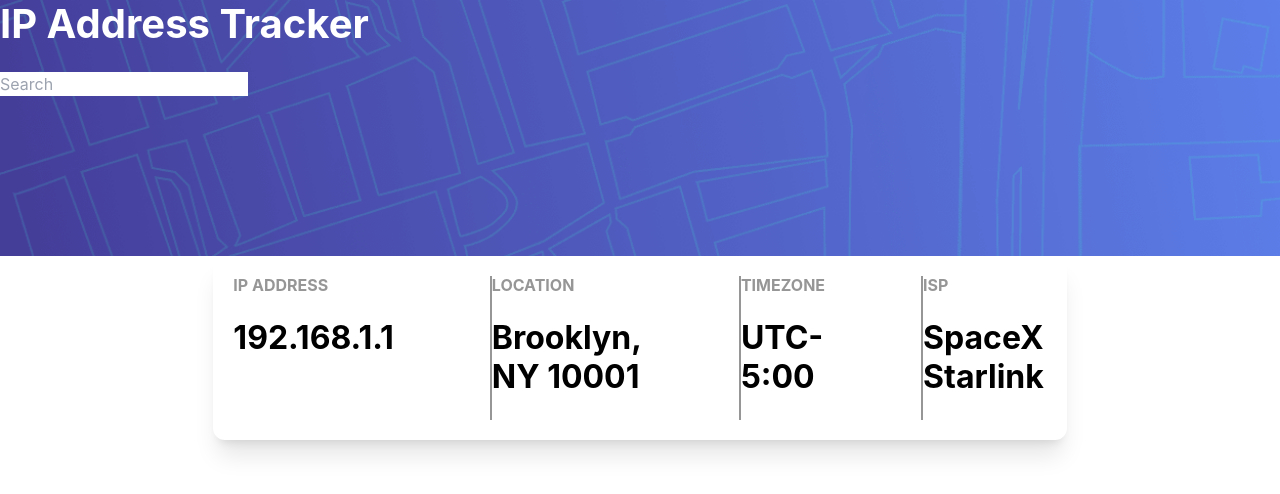
Repository: Dealsy/IP-Tracker
Page: /
These files come from the project's save history. The page is drawn as it stood at one moment and after the next save; the edit follows.
The browser window is 1280 px wide. The pictures show the whole page.
The project was rebuilt for these pictures with package versions that can differ from the ones it lists, and the page was loaded fresh each time. The framework's server and built-in components were replaced by stand-ins that run in the browser. Also part of the build but not shown: next.config.js.

Above is the page before, as saved 2022-04-21 21:54:41.

### pages/index.js
import Head from "next/head";

export default function Home() {
  return (
    <div>
      <Head>
        <title>Create Next App</title>
        <meta name="description" content="Generated by create next app" />
        <link rel="icon" href="/favicon.ico" />
      </Head>

      <main>
        <div className="bg-Backdrop h-64 bg-no-repeat	 bg-cover">
          <h1 className="text-white">IP Address Tracker</h1>
          <input type="search" placeholder="Search" />
        </div>

        <div className="flex flex-row justify-evenly border-0 shadow-xl w-4/6 m-auto rounded-xl p-5">
          <div className=" border-r-2 border-Gray pr-24">
            <h3>IP ADDRESS</h3>
            <h2> 192.168.1.1 </h2>
          </div>
          <div className=" border-r-2 border-Gray pr-24">
            <h3> LOCATION </h3>
            <h2> Brooklyn, NY 10001 </h2>
          </div>
          <div className=" border-r-2 border-Gray pr-24">
            <h3>TIMEZONE</h3>
            <h2> UTC-5:00 </h2>
          </div>
          <div>
            <h3>ISP</h3>
            <h2>SpaceX Starlink</h2>
          </div>
        </div>
      </main>

      <footer></footer>
    </div>
  );
}

### styles/globals.css
@tailwind base;
@tailwind components;
@tailwind utilities;


h1 {
  font-size: 2.5rem;
  font-weight: 700;
  line-height: 1.2;
  margin-bottom: 1.5rem;
}

h2 {
  font-size: 2rem;
  font-weight: 700;
  line-height: 1.2;
  margin-bottom: 1.5rem;
}

h3 {
  font-size: 1rem;
  font-weight: 700;
  line-height: 1.2;
  margin-bottom: 1.5rem;
  color: #969696;
}


html,
body {
  padding: 0;
  margin: 0;
  font-family: -apple-system, BlinkMacSystemFont, Segoe UI, Roboto, Oxygen,
    Ubuntu, Cantarell, Fira Sans, Droid Sans, Helvetica Neue, sans-serif;
}

a {
  color: inherit;
  text-decoration: none;
}

* {
  box-sizing: border-box;
}

### tailwind.config.js
module.exports = {
  content: [
    "./pages/**/*.{js,ts,jsx,tsx}",
    "./components/**/*.{js,ts,jsx,tsx}",
  ],
  theme: {
    extend: {
      colors: {
        "Dark-Gray": "#2b2b2b",
        Gray: "#969696",
      },
      backgroundImage: {
        Backdrop: "url('../images/pattern-bg.png')",
      },
    },
  },
  plugins: [],
};

Loaded but not shown: pages/_app.js (common file)

After the next save:
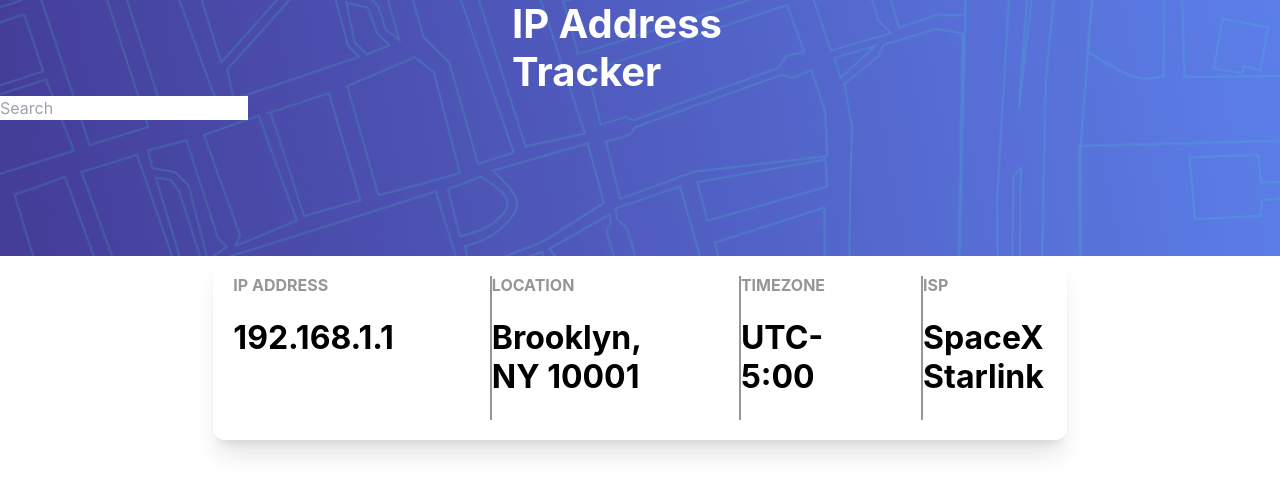
Saved 37 s later.
--- a/pages/index.js
+++ b/pages/index.js
@@ -11,7 +11,7 @@ export default function Home() {
 
       <main>
         <div className="bg-Backdrop h-64 bg-no-repeat	 bg-cover">
-          <h1 className="text-white">IP Address Tracker</h1>
+          <h1 className="text-white w-64 m-auto">IP Address Tracker</h1>
           <input type="search" placeholder="Search" />
         </div>
 
